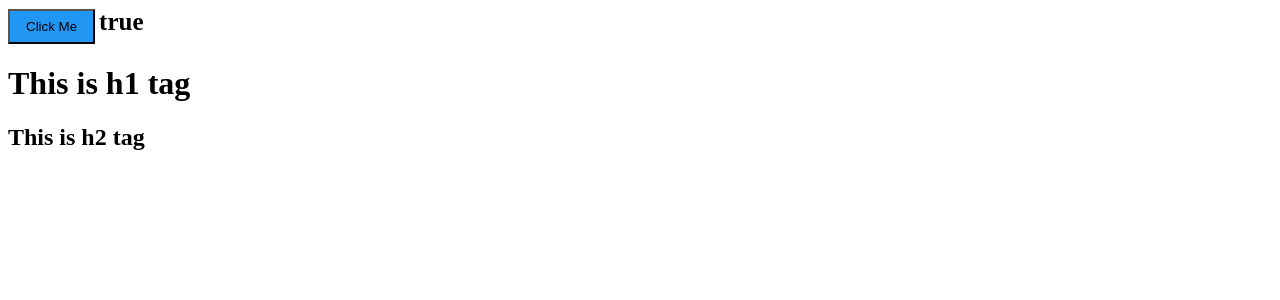
Repository: MeghaNagari/PracticeAtVMC
Page: Practice/VuePractice/WebContent/ConditionalRendering.html
The author's editor kept a copy of each file at every save. The page is drawn from the files as they stood at one save, then again after the next save.
The browser window is 1280 px wide. The pictures show the whole page.
Some web libraries are served in a nearby version.

Above is the page before, as saved 2018-03-19 18:28:15.

After the next save:
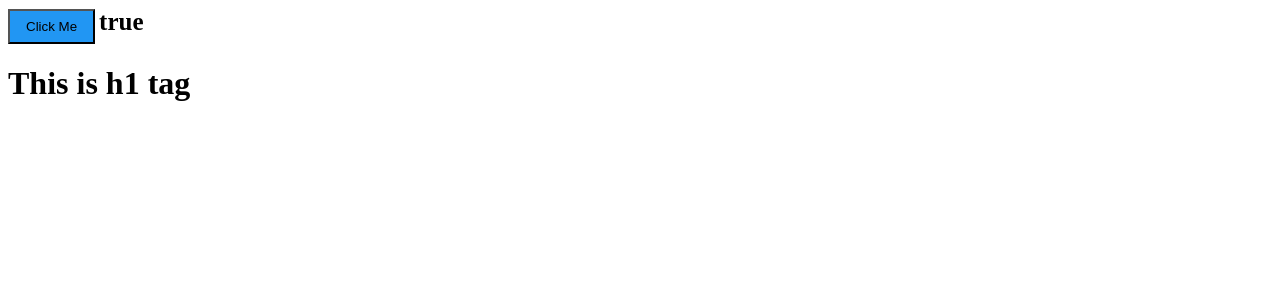
Saved 2 min 18 s later.
--- a/Practice/VuePractice/WebContent/ConditionalRendering.html
+++ b/Practice/VuePractice/WebContent/ConditionalRendering.html
@@ -11,7 +11,7 @@
          <button v-on:click = "showdata" v-bind:style = "styleobj">Click Me</button>
          <span style = "font-size:25px;"><b>{{show}}</b></span>
          <h1 v-if = "show">This is h1 tag</h1>
-         <h2>This is h2 tag</h2>
+         <h2 v-else>This is h2 tag</h2>
       </div>
 </body>
 <script>
